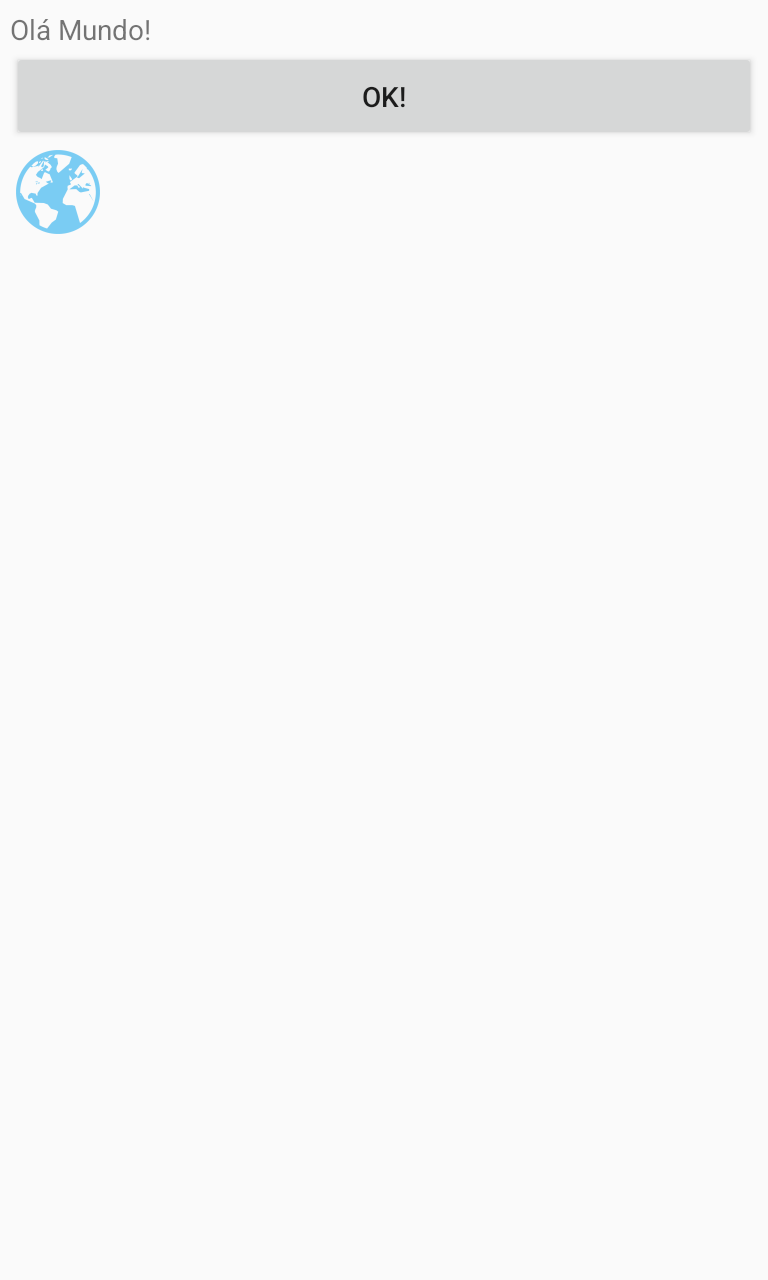
Repository: KaioWeb1/app-minhaCidade
Layout: OlaMundo/res/layout/principal.xml
These files come from the project's save history. The layout is drawn as it stood at one moment and after the next save; the edit follows.
It is drawn on a 768 x 1280 px phone screen (xhdpi) without system bars, with theme AppTheme; the app's code is not run.

Above is the layout before, as saved 2014-09-05 15:05:34.

After the next save:
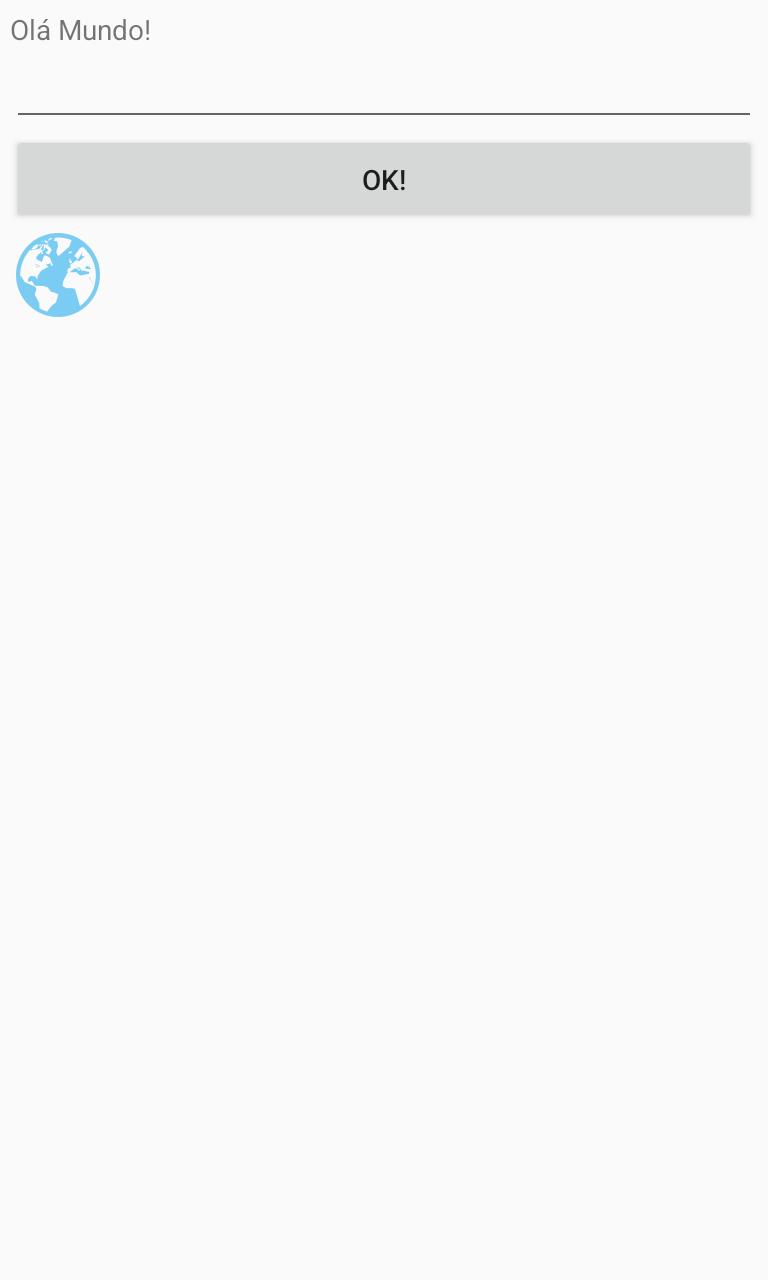
Saved 2 min 33 s later.
--- a/OlaMundo/res/layout/principal.xml
+++ b/OlaMundo/res/layout/principal.xml
@@ -11,13 +11,11 @@
         android:layout_height="wrap_content"
         android:text="@string/hello_world" />
 
-	   <!--   <EditText
+	    <EditText
         android:layout_width="match_parent"
         android:layout_height="wrap_content"
+        />
 
-
-        />
-    -->
     <Button
         android:layout_width="match_parent"
         android:layout_height="wrap_content"
